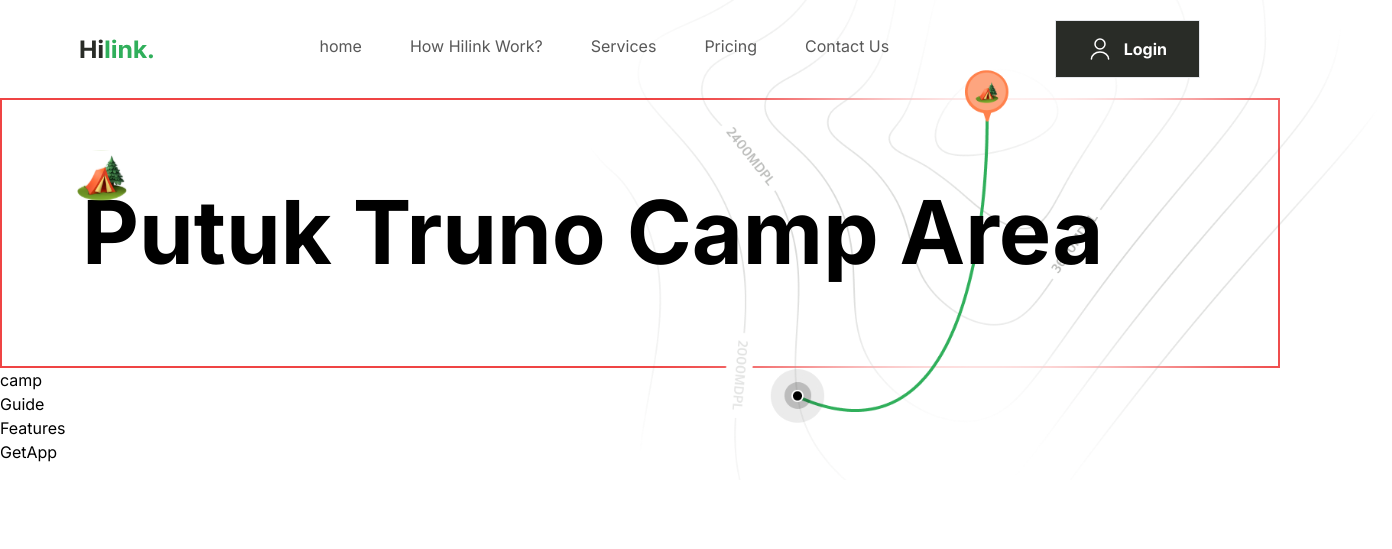
Repository: abdulrahmanmahmood/Travel-App
Page: /
An editor plug-in stored every save of this project. The page is shown before and after a run of saves, followed by the edit.
The browser window is 1280 px wide. The page is 1392 px wide, so the pictures cover 1392 px, including what lies to the right of the window. The pictures show the whole page.
The project was rebuilt for these pictures with package versions that can differ from the ones it lists, and the page was loaded fresh each time. The framework's server and built-in components were replaced by stand-ins that run in the browser. Also part of the build but not shown: next.config.js.

Above is the page before, as saved 2023-11-01 14:20:35.

### app/layout.tsx
import './globals.css'
import type { Metadata } from 'next';
import './globals.css'
import Navbar from '@/components/Navbar';


export const metadata: Metadata = {
  title: 'Travel',
  description: 'Travel UI/UX App for camping',
}

export default function RootLayout({
  children,
}: {
  children: React.ReactNode
}) {
  return (
    <html lang="en">
      <body >
        <Navbar/>
        {children}
      </body>
    </html>
  )
}

### app/page.tsx
import Features from "@/components/Features"
import GetApp from "@/components/GetApp"
import Guide from "@/components/Guide"
import Hero from "@/components/Hero"
import Camp from "@/components/camp"

export default function Home() {
  return (
    <>
    <Hero/>
    <Camp/>
    <Guide/>
    <Features/>
    <GetApp/>
 </>
  )
}

### components/Navbar.tsx
import { NAV_LINKS } from "@/constants";
import Image from "next/image";
import Link from "next/link";
import Button from "./Button";

const Navbar = () => {
  return (
    <nav
      className=" flexBetween max-container padding-container relative z-30
    py-5"
    >
      <Link href="/">
        <Image src="/hilink-logo.svg" alt="logo" width={74} height={28} />
      </Link>
      <ul className="hidden h-full gap-12 lg:flex">
        {NAV_LINKS.map((link) => (
          <Link
            href={link.href}
            key={link.key}
            className="regular-16 text-gray-50 flexCenter cursor-pointer pb-1.5 transition-all hover:font-bold"
          >
            {link.label}
          </Link>
        ))}
      </ul>
      <div className="lg:flexCenter  hidden ">
        <Button
          type="button"
          title="Login"
          icon="/user.svg"
          variant="btn_dark_green"
        />
      </div>
      <Image
        src="/menu.svg"
        alt="menu"
        width={32}
        height={32}
        className="inline-block cursor-pointer lg:hidden"
      />
    </nav>
  );
};

export default Navbar;

### components/Features.tsx


function Features() {
  return (
    <div>Features</div>
  )
}

export default Features

### components/GetApp.tsx


function GetApp() {
  return (
    <div>GetApp</div>
  )
}

export default GetApp

### components/Guide.tsx


function Guide() {
  return (
    <div>Guide</div>
  )
}

export default Guide

### components/Hero.tsx
import Image from "next/image";

function Hero() {
  return (
    <section className="max-container padding-container flex flex-col gap-20
    py-10 pb-32 md:gap-27 lg:py-20  xl:flex-row border-2 border-red-500">
      <div className="hero-map"/>
      {/* LEFT */}
      <div className="relative z-20 flex flex-1 flex-col xl:w-1/2">
        <Image src='/camp.svg' alt="camp" width={50} height={50} className="absolute left-[-5px] top-[-30px] w-10 lg:w-[50px]"/>
        <h1 className="bold-52 lg:bold-88">Putuk Truno Camp Area</h1>
        <p></p>
      </div>
    </section>
  );
}

export default Hero;

### components/camp.tsx


function camp() {
  return (
    <div>camp</div>
  )
}

export default camp

### constants/index.ts
export const NAV_LINKS = [
  {href:"/", key:"home", label:"home"},
  { href: '/', key: 'how_hilink_work', label: 'How Hilink Work?' },
  { href: '/', key: 'services', label: 'Services' },
  { href: '/', key: 'pricing ', label: 'Pricing ' },
  { href: '/', key: 'contact_us', label: 'Contact Us' },
]

### components/Button.tsx
import Image from "next/image";

type ButtonProps ={
  type:'button'| 'submit';
  title:string;
  icon?:string;
  variant:'btn_dark_green'

}


function Button({type, title, icon, variant}: ButtonProps) {
  return (
    <button type={type} className={`flexCenter gap-3 roudned-full border ${variant}`}>

      {icon && <Image src={icon} alt={title} width={24} height={24}/>}
      <label className="bold-16 whitespace-nowrap">{title}</label>
    </button>
  )
}

export default Button

Loaded but not shown: app/globals.css (common file); tailwind.config.ts (common file)

After the next 2 saves:
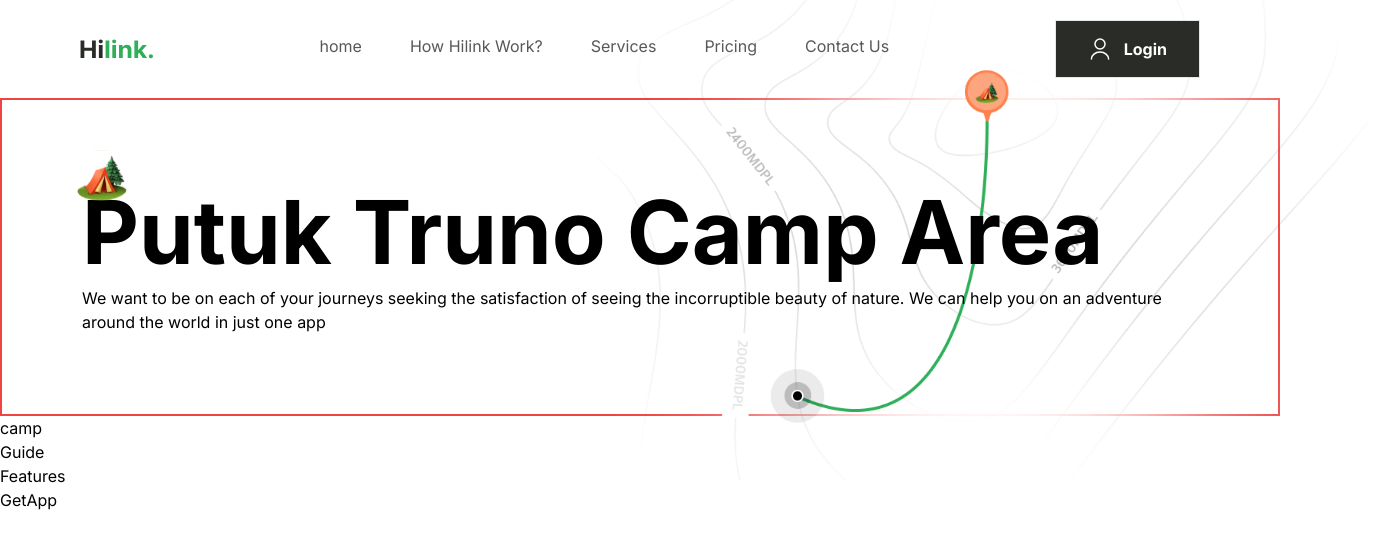
The 2 saves are shown as one change because they came seconds apart.
The last was saved 14 s later.
--- a/components/Hero.tsx
+++ b/components/Hero.tsx
@@ -2,14 +2,26 @@ import Image from "next/image";
 
 function Hero() {
   return (
-    <section className="max-container padding-container flex flex-col gap-20
-    py-10 pb-32 md:gap-27 lg:py-20  xl:flex-row border-2 border-red-500">
-      <div className="hero-map"/>
+    <section
+      className="max-container padding-container flex flex-col gap-20
+    py-10 pb-32 md:gap-27 lg:py-20  xl:flex-row border-2 border-red-500"
+    >
+      <div className="hero-map" />
       {/* LEFT */}
       <div className="relative z-20 flex flex-1 flex-col xl:w-1/2">
-        <Image src='/camp.svg' alt="camp" width={50} height={50} className="absolute left-[-5px] top-[-30px] w-10 lg:w-[50px]"/>
+        <Image
+          src="/camp.svg"
+          alt="camp"
+          width={50}
+          height={50}
+          className="absolute left-[-5px] top-[-30px] w-10 lg:w-[50px]"
+        />
         <h1 className="bold-52 lg:bold-88">Putuk Truno Camp Area</h1>
-        <p></p>
+        <p>
+          We want to be on each of your journeys seeking the satisfaction of
+          seeing the incorruptible beauty of nature. We can help you on an
+          adventure around the world in just one app
+        </p>
       </div>
     </section>
   );
